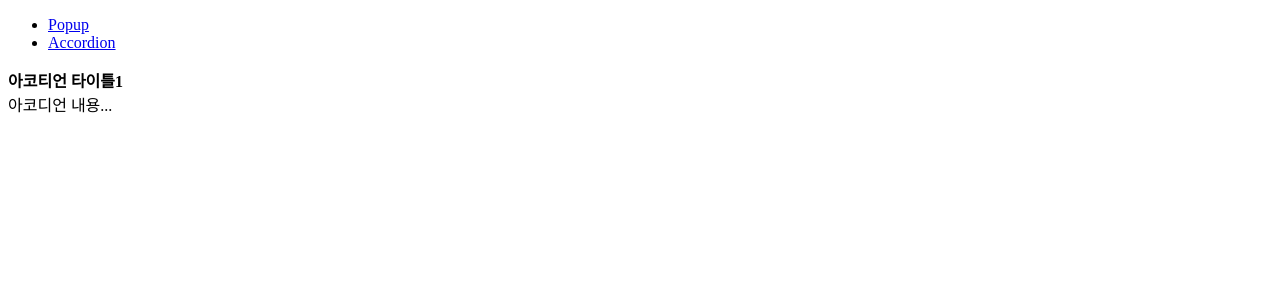
Repository: greeda/UIComponents
Page: src/html/index.html
An editor plug-in stored every save of this project. The page is shown before and after the next save, followed by the edit.
The browser window is 1280 px wide. The pictures show the whole page.

Above is the page before, as saved 2023-10-16 04:19:09.

### src/html/index.html
<!DOCTYPE html>
<html lang="ko">
<head>
  <meta charset="UTF-8">
  <meta name="viewport" content="width=device-width, initial-scale=1.0">
  <title>Document</title>
</head>
<body>
  <div id="wrap">
    <div id="container">
      <header id="header">

      </header>
      <nav class="nav">
        <ul class="nav-list">
          <li>
            <a href="#">Popup</a>
          </li>
          <li>
            <a href="#">Accordion</a>
          </li>
        </ul>
      </nav>
      <div class="contents">
        <div class="contents-inner">
          <div class="ui-accordion">
            <div class="accordion-header-info">
              <strong class="title">아코티언 타이틀1</strong>
              <i class="ico-arr" aria-hidden="true"></i>
            </div>
            <div class="accordion-contents-info">
              <div class="accordion-contents-inner">
                아코디언 내용...
              </div>
            </div>
          </div>
        </div>
      </div>
    </div>
  </div>
</body>
</html>

After the next save:
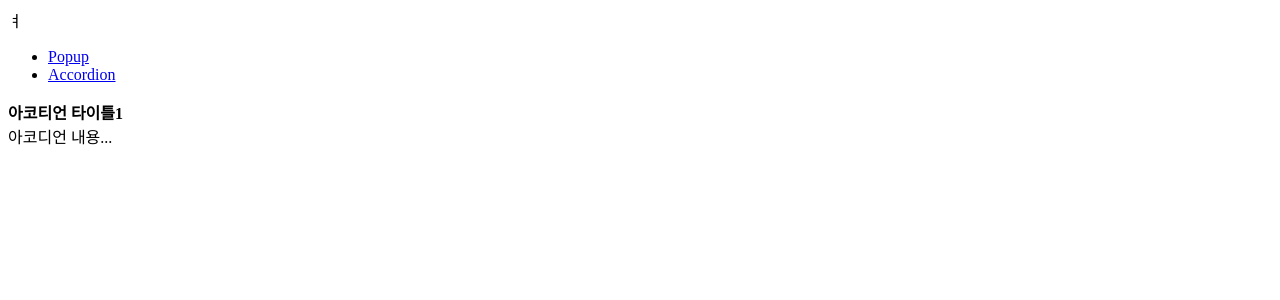
Saved 5 min 2 s later.
--- a/src/html/index.html
+++ b/src/html/index.html
@@ -9,7 +9,7 @@
   <div id="wrap">
     <div id="container">
       <header id="header">
-
+        ㅕ
       </header>
       <nav class="nav">
         <ul class="nav-list">

After the save that followed:
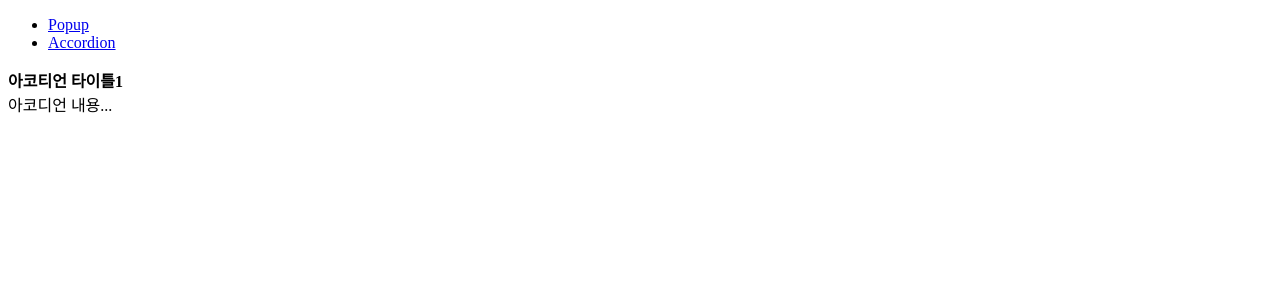
Saved 13 s later.
--- a/src/html/index.html
+++ b/src/html/index.html
@@ -9,7 +9,7 @@
   <div id="wrap">
     <div id="container">
       <header id="header">
-        ㅕ
+
       </header>
       <nav class="nav">
         <ul class="nav-list">
@@ -24,16 +24,16 @@
       <div class="contents">
         <div class="contents-inner">
           <div class="ui-accordion">
-            <div class="accordion-header-info">
-              <strong class="title">아코티언 타이틀1</strong>
-              <i class="ico-arr" aria-hidden="true"></i>
-            </div>
-            <div class="accordion-contents-info">
-              <div class="accordion-contents-inner">
-                아코디언 내용...
-              </div>
-            </div>
-          </div>
+      <div class="accordion-header-info">
+        <strong class="title">아코티언 타이틀1</strong>
+        <i class="ico-arr" aria-hidden="true"></i>
+      </div>
+      <div class="accordion-contents-info">
+        <div class="accordion-contents-inner">
+          아코디언 내용...
+        </div>
+      </div>
+    </div>
         </div>
       </div>
     </div>
